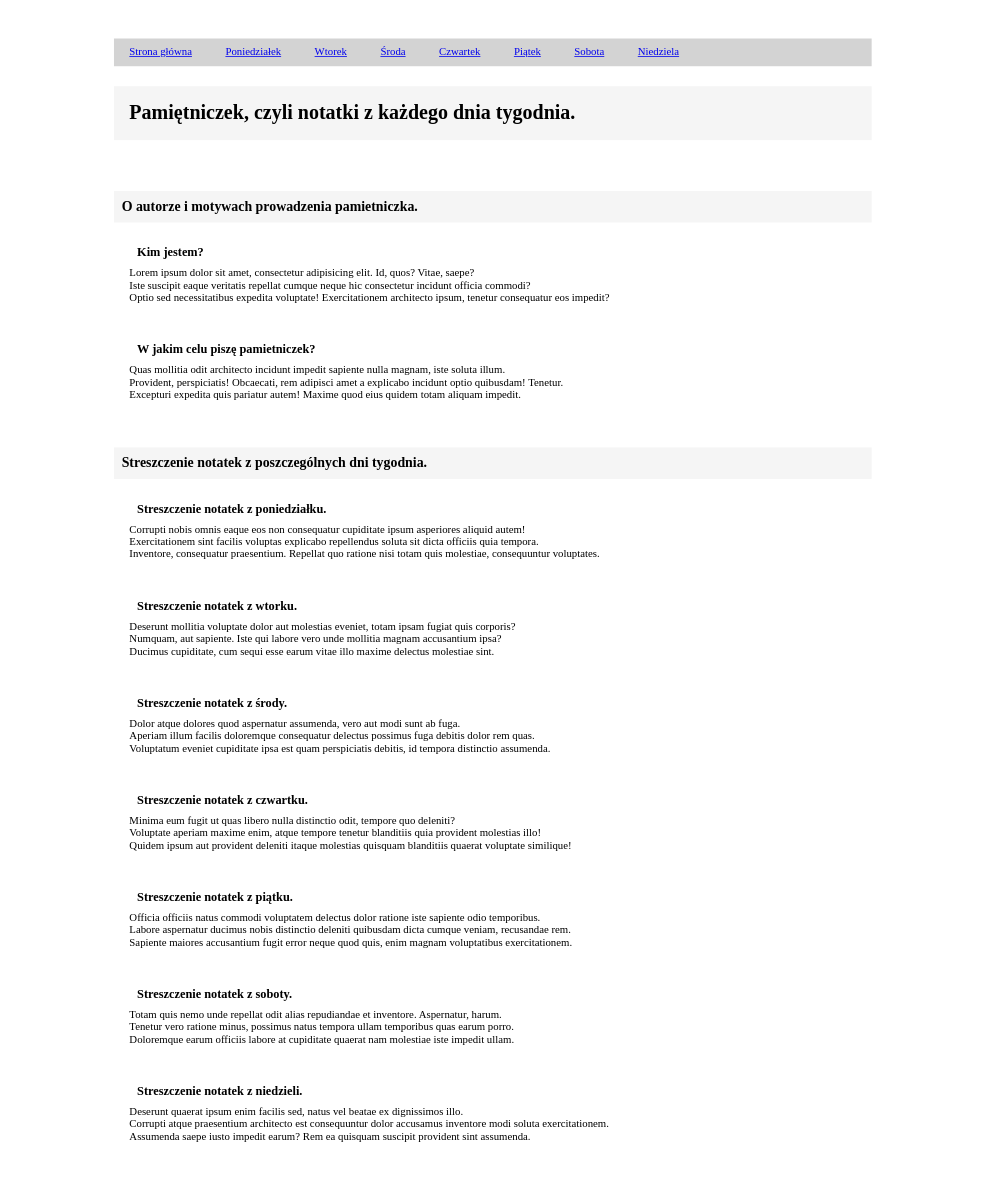
Repository: ArturNatwora/hompage
Page: index.html
The author's editor kept a copy of each file at every save. The page is drawn from the files as they stood at one save, then again after the next save.
The browser window is 1280 px wide. The pictures show the whole page, at 77% of full size.

Above is the page before, as saved 2019-06-11 18:40:11.

After the next save:
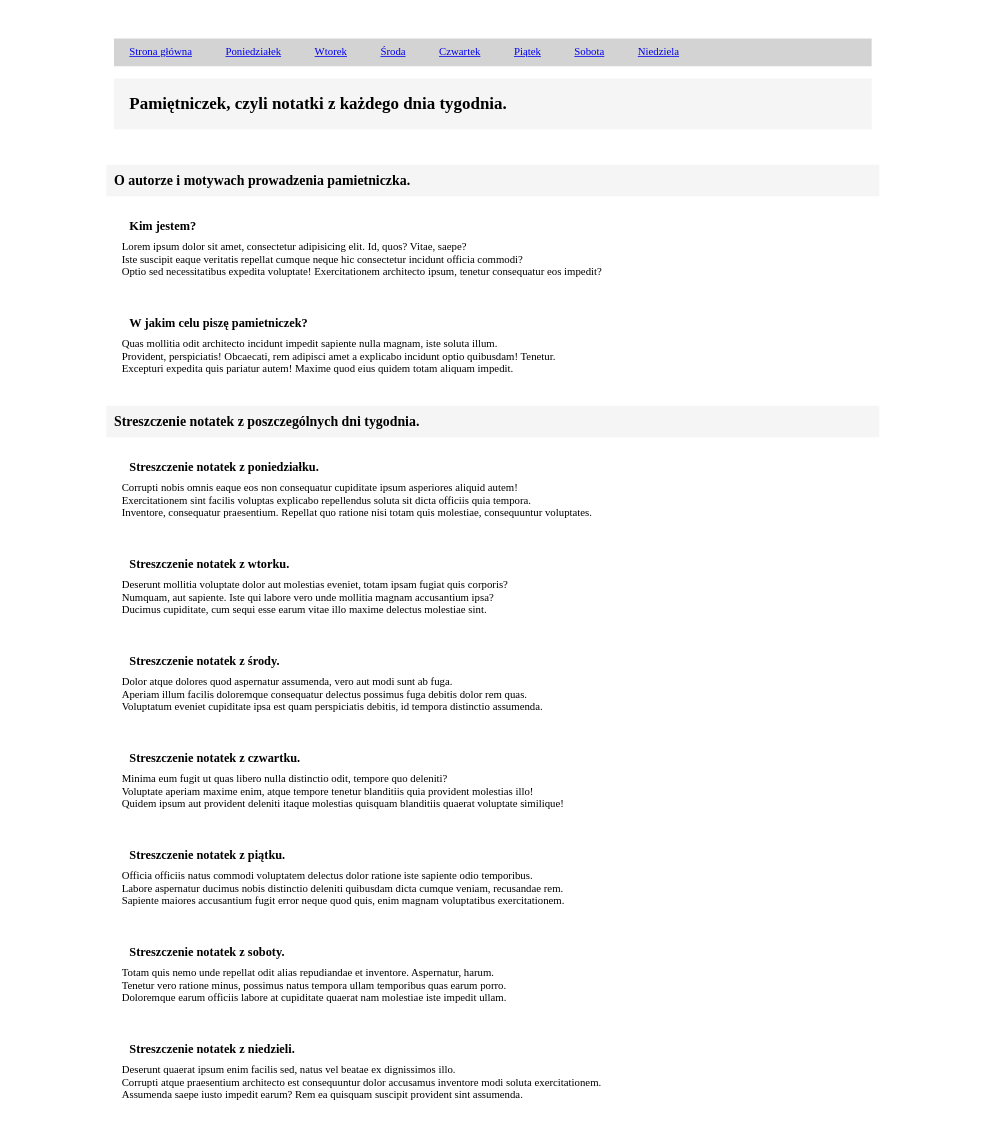
Saved 62 s later.
--- a/index.css
+++ b/index.css
@@ -38,14 +38,14 @@ body{
 }
 
 .bodyHeader__title{
-    font-size: 26px;
+    font-size: 22px;
     display: block;
-    margin:26px 0;
+    margin:16px 0;
     padding: 20px;
     background: whitesmoke;
 }
 .section{
-    padding: 20px;
+    padding: 10px;
     border-radius: 2px solid;
 }
 .section__title{
